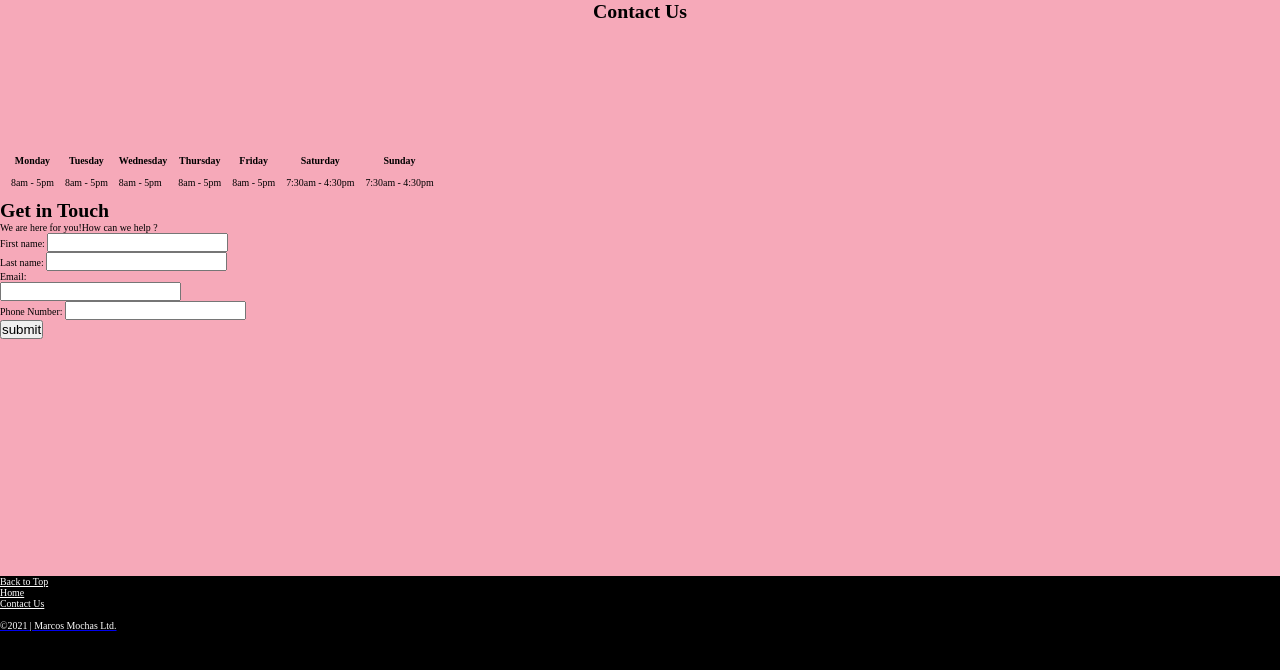
Repository: CAMPSLOPY/marcos-mochas
Page: HTML/contact.html
The author's editor kept a copy of each file at every save. The page is drawn from the files as they stood at one save, then again after the next save.
The browser window is 1280 px wide. The pictures show the whole page.

Above is the page before, as saved 2021-07-02 17:35:13.

### HTML/contact.html
<!DOCTYPE html>
<html lang="en">
<head>
    <meta charset="UTF-8">
    <meta http-equiv="X-UA-Compatible" content="IE=edge">
    <meta name="viewport" content="width=device-width, initial-scale=1.0">
    <meta name="robots" content="index,follow" />
    <meta
      name="description"
      content=""
    />
    <link rel="stylesheet" href="/CSS/contact.css">
    <title>Contact Us</title>
</head>
<body>
    <header >
        <!--page hours title-->
        <h1  class="header-tex">Contact Us</h1>

    </header>
    <main>
    <div class="header-table-content">


        <!--Page hours and contact form-->
        <table cellspacing="11">
        <tr>
            <th>Monday</th>
            <th>Tuesday</th>
            <th>Wednesday</th>
            <th>Thursday</th>
            <th>Friday</th>
            <th>Saturday</th>
            <th>Sunday</th>
        </tr>
        <tr>
            <td>8am - 5pm</td>
            <td>8am - 5pm</td>
            <td>8am - 5pm</td>
            <td>8am - 5pm</td>
            <td>8am - 5pm</td>
            <td>7:30am - 4:30pm</td>
            <td>7:30am - 4:30pm</td>
        </tr>
        </table>
    </div>


        <h1>Get in Touch</h1>
        <p>We are here for you!How can we help ?</p>
        <!--Hours table start here-->

        <!--Form starts here-->
        <!-- i wrapped the form inside a div content so that we can give it freedo
        when styling -->
        <div class="form-content">

            <form class="contact-form" action="">


                <div class="form-control">
                    <!--first name input/required-->
                    <label for="fname">First name:</label>
                    <input type="text" id="fname" name="fname" value="" required>
                </div>
               <div class="form-control">
                 <!--last name input/required-->
                 <label for="lname">Last name:</label>
                 <input type="text" id="lname" name="lname" value="" required>
               </div>

               <div class="form-control">
                  <!--email address input/required-->
                  <label for="email">Email:</label><br>
                  <input type="text" id="email" name="Email" value="" required>
               </div>

               <div class="form-control">
                   <!--Phone number input/not required-->
                <label for="Phone">Phone Number:</label>
                <input type="text" id="phone" name="Phone" value="">
               </div>

                <!--Submit button-->
                <button type="submit">submit</button>
                      </form>
        </div>

    </main>

    <!--page navi links & copyright-->
    <footer>
        <div class="contact-footer">
        <ul>
            <!-- IDEA: img / just text for our "logo" -->
            <li><a href="#top">Back to Top</a></li>
            <li><a href="/HTML/Index.html">Home</a></li>
            <li><a href="/HTML/contact.html">Contact Us</la></li>
        </ul>
        </div>
        <br>
        <!--Copyright class -->
        <div class="copyright">
            <p>&copy;2021 | Marcos Mochas Ltd.</p>
        </div>
    </footer>
</body>
</html>

### CSS/contact.css

/* universal styling of the contact page */
* {
    margin: 0;
    padding: 0;
    box-sizing: border-box;
}

body{
    min-height: 100vh;
    background-color: #f38ba0bb;
}

html{
    font-size: 62%;
}
main{
    min-height: 60vh;
}
footer{
    min-height: 20vh;
    background-color: black;
}

footer ul li a{
    color: white;
}

header{
    text-align: center;
    min-height: 20vh;
}


/* styling the Form */



/* styling for hours table */

table {

}


/*Footer css code*/

/*The links at the bottom of the footer shouldnt be stacked up and placed at the bottom of the page*/

.contact-footer {

    color: white;
}

.copyright {
    color: white;
}

After the next save:
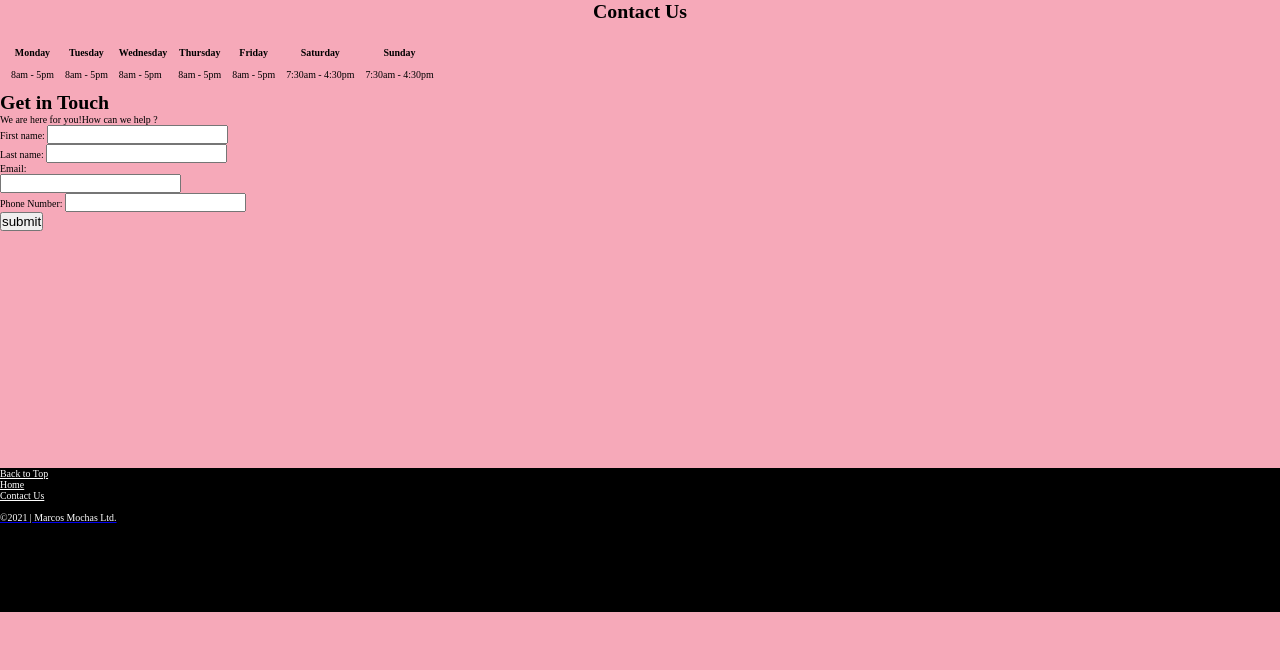
Saved 11 s later.
--- a/CSS/contact.css
+++ b/CSS/contact.css
@@ -28,7 +28,7 @@ footer ul li a{
 
 header{
     text-align: center;
-    min-height: 20vh;
+    min-height: 5vh;
 }
 
 
